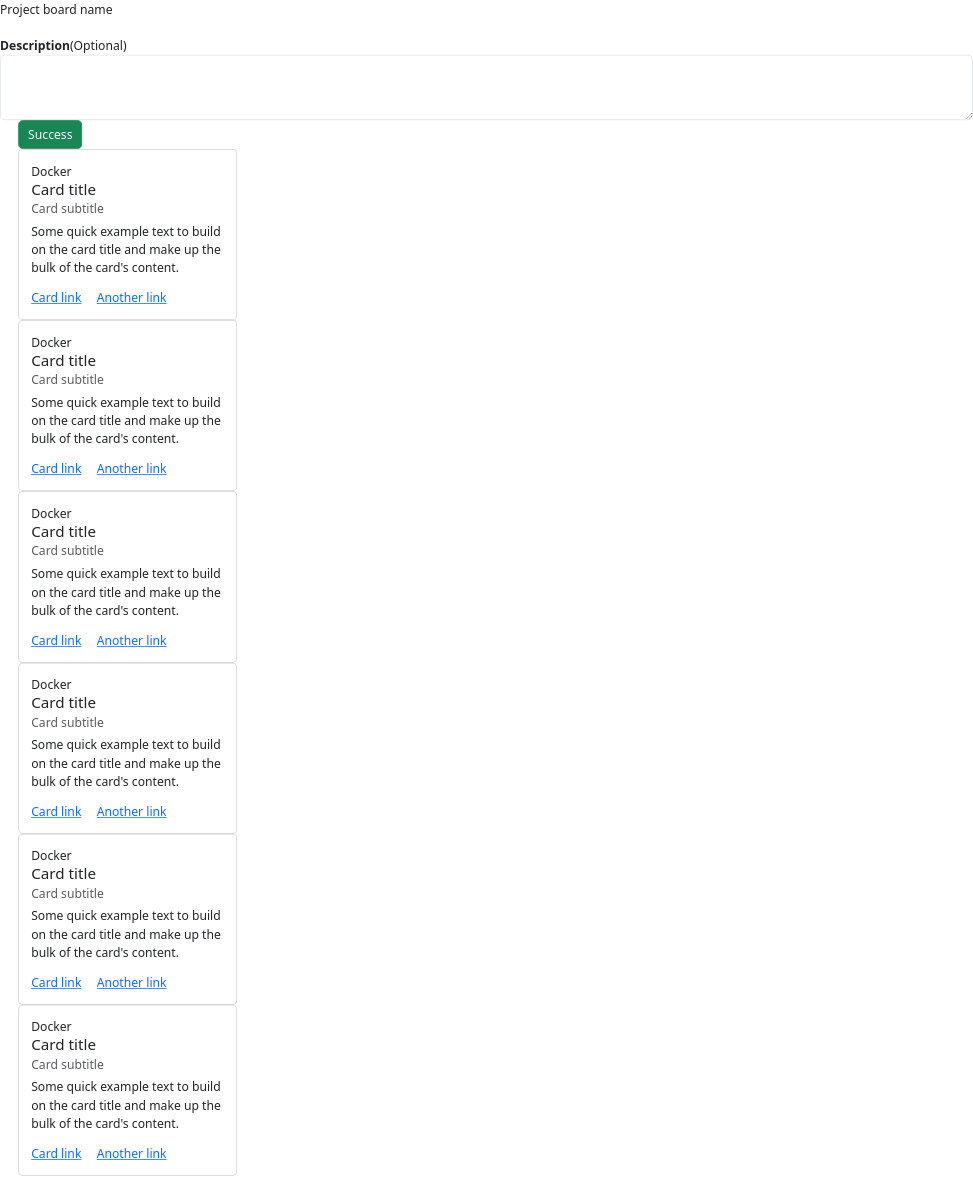
Repository: NSS-Evening-25-Cohort/e25-gitsub-control-alt-defeat
Page: index.html
These files come from the project's save history. The page is drawn as it stood at one moment and after the next save; the edit follows.
The browser window is 1280 px wide. The pictures show the whole page, at 76% of full size.

Above is the page before, as saved 2023-11-06 21:34:38.

### index.html
<!DOCTYPE html>
<html lang="en">
  <head>
    <meta charset="UTF-8" />
    <meta name="viewport" content="width=device-width, initial-scale=1.0" />
    <link
      rel="stylesheet"
      href="https://cdn.jsdelivr.net/npm/bootstrap@5.3.2/dist/css/bootstrap.min.css"
    />
    <link rel="stylesheet" href="main.css" />
    <title>Document</title>
  </head>
  <body>
    <form>
      <div class="mb-3">
        <label for="exampleInputEmail1" class="form-label" id="boardName">Project board name</label>
      </div>
      <div class="form-group">
        <label for="exampleFormControlTextarea1" id="descriptionName"><B>Description</B>(Optional)</label>
        <textarea class="form-control" id="exampleFormControlTextarea1" rows="3"></textarea>
      </div>
      </div>
      <div class="mb-3 form-check">
        <button type="button" class="btn btn-success">Success</button>
    </form>
    <div id="app1"></div>
    <div id="app2"></div>

    <script src="	https://cdn.jsdelivr.net/npm/bootstrap@5.3.2/dist/js/bootstrap.bundle.min.js"></script>
    <script src="main.js"></script>
  </body>
</html>

### main.css
/* body {
  background-color: black;
} */

### main.js
const packageCards =[
  {
    id: 1,
    name: "Docker",
    info: "A software platform used for building applications based on containers small and lightweight execution environments",
  },
  {
    id: 2,
    name: "Docker",
    info: "A software platform used for building applications based on containers small and lightweight execution environments"
  },
  {
    id: 3,
    name: "Docker",
    info: "A software platform used for building applications based on containers small and lightweight execution environments"
  },
  {
    id: 4,
    img: "image",
    name: "Docker",
    info: "A software platform used for building applications based on containers small and lightweight execution environments"
  },
  {
    id: 5,
    imageURL: "https://www.google.com/url?sa=i&url=https%3A%2F%2Fwww.creativebloq.com%2Fnews%2Ftwitter-logo-history&psig=AOvVaw3y8LYKl_CxiwL2W_oTsGUa&ust=1699413723681000&source=images&cd=vfe&ved=0CBEQjRxqFwoTCKD7mcz3sIIDFQAAAAAdAAAAABAE",
    name: "Docker",
    info: "A software platform used for building applications based on containers small and lightweight execution environments"
  },
  {
    id: 6,
    name: "Docker",
    info: "A software platform used for building applications based on containers small and lightweight execution environments"
  },
];

const app1 = document.querySelector("#app1");
const app2 = document.querySelector("#app2");
const form = document.querySelector("form");

const renderToDom = (packageCards) =>{

  let domString = "";

  for(let card of packageCards){
    domString += `<div class="card" style="width: 18rem;">
    <div class="card-body"> ${card.name}
      <h5 class="card-title">Card title</h5>
      <h6 class="card-subtitle mb-2 text-body-secondary">Card subtitle</h6>
      <p class="card-text">Some quick example text to build on the card title and make up the bulk of the card's content.</p>
      <a href="#" class="card-link">Card link</a>
      <a href="#" class="card-link">Another link</a>
    </div>
  </div>`
  }
  const app1 = document.querySelector("#app1")
  app1.innerHTML = domString
}
renderToDom(packageCards)

const createPackage = (event) =>{
  event.preventDefault();
  const newPackage = {
    id: packageCards.length +1,
    name: document.querySelector("#boardName").value,
    info: document.querySelector("descriptionName").value,
  }
  packageCards.push(newPackage);
  renderToDom(packageCards);
  form.reset();
}

form.addEventListener("submit", createPackage)

After the next save:
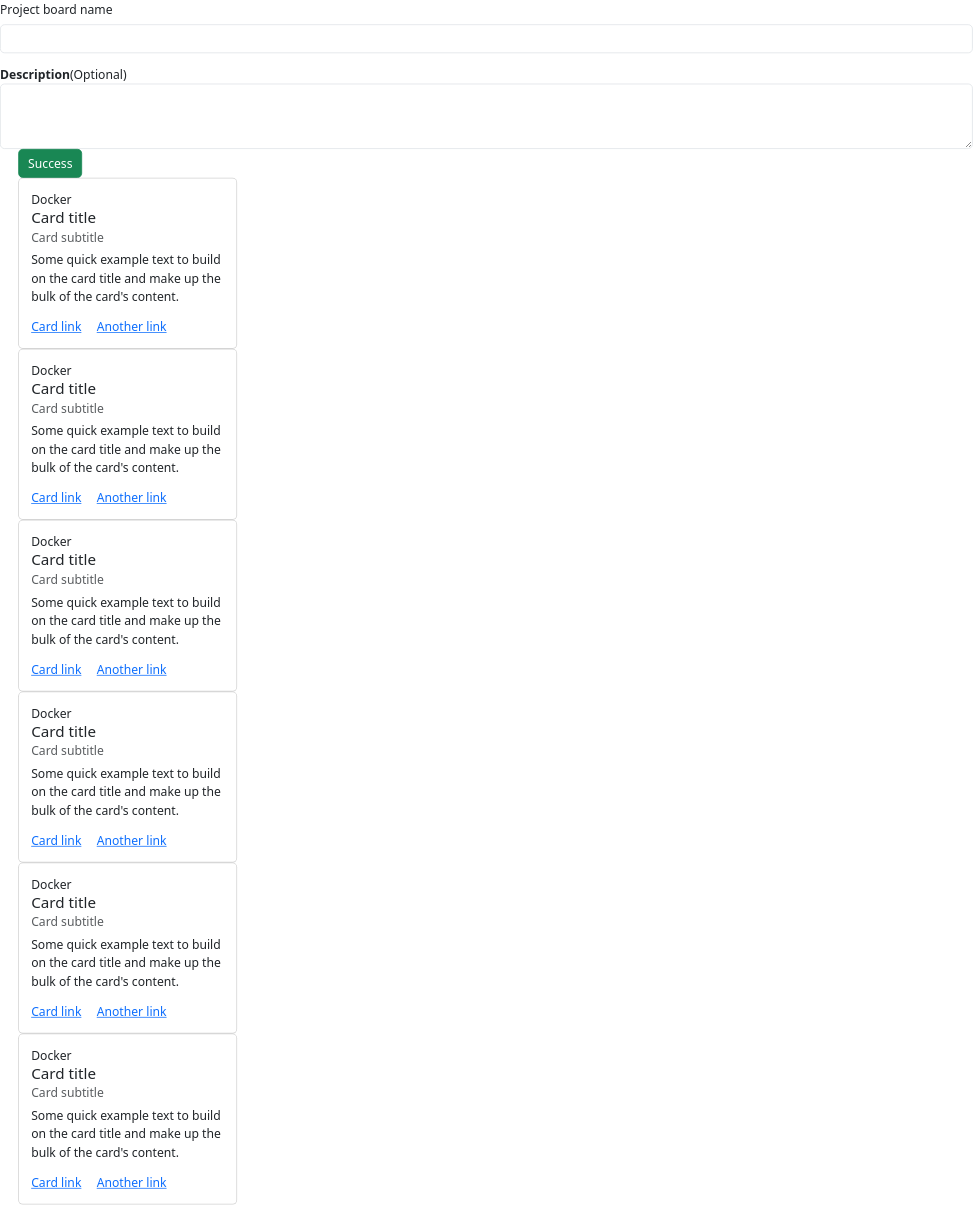
Saved 41 s later.
--- a/index.html
+++ b/index.html
@@ -14,6 +14,7 @@
     <form>
       <div class="mb-3">
         <label for="exampleInputEmail1" class="form-label" id="boardName">Project board name</label>
+        <input type="email" class="form-control" id="exampleInputEmail1" aria-describedby="emailHelp">
       </div>
       <div class="form-group">
         <label for="exampleFormControlTextarea1" id="descriptionName"><B>Description</B>(Optional)</label>
